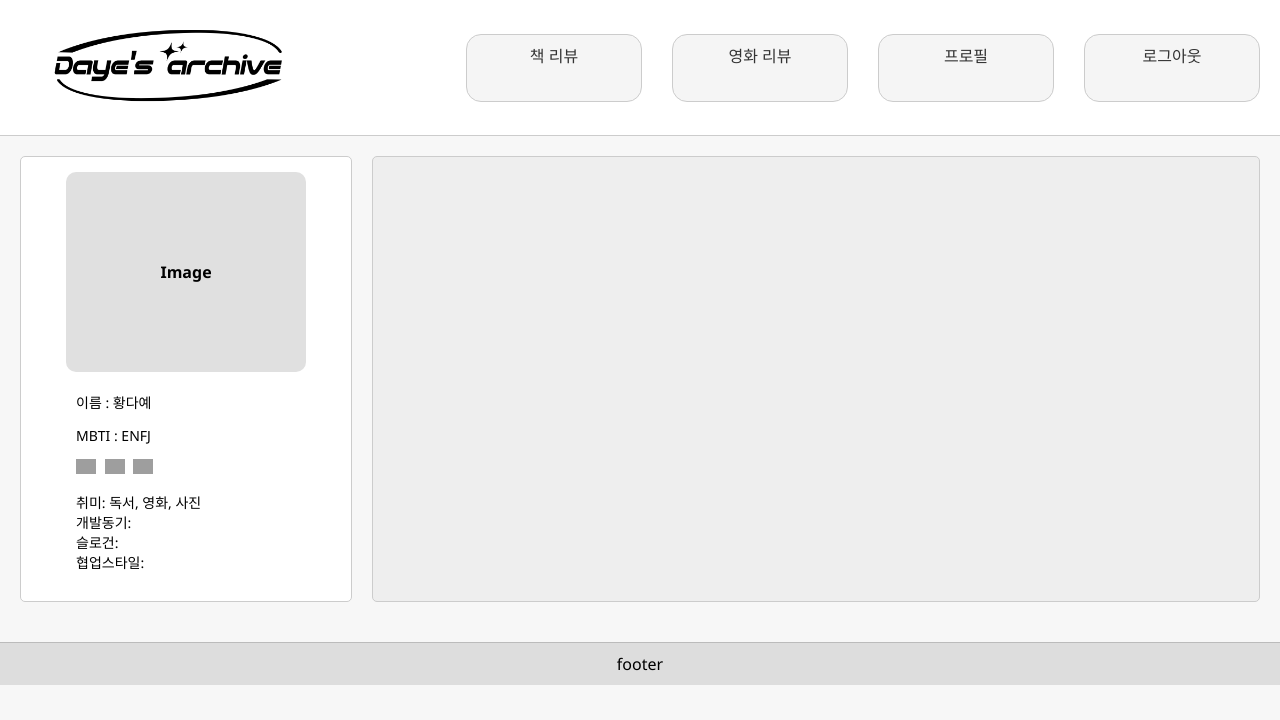
Repository: HWANG-DAYE/spring_project
Page: http://localhost/daye_archive/WEB-INF/views/main.jsp
An editor plug-in stored every save of this project. The page is shown before and after the next save, followed by the edit.
The browser window is 1280 px wide. The pictures show the whole page.
Pictures or frames that could not be fetched are drawn as grey boxes. The page is served by Tomcat 9. Nobody is signed in. Other server files are loaded and not shown. The template is opened directly, without the code that normally fills it, so the values that code supplies are empty.

Above is the page before, as saved 2025-08-06 06:15:58.

### daye_archive/src/main/webapp/WEB-INF/views/main.jsp
<%@ page language="java" contentType="text/html; charset=UTF-8"
	pageEncoding="UTF-8"%>
<%@ taglib uri="http://java.sun.com/jsp/jstl/core" prefix="c"%>
<!DOCTYPE html>
<html lang="ko">
<head>
<meta charset="UTF-8">
<title>메인 페이지</title>
<style>
body {
	margin: 10px;
	font-family: 'Segoe UI', Tahoma, Geneva, Verdana, sans-serif;
	background-color: #f7f7f7;
}

header {
	display: flex;
	justify-content: space-between;
	align-items: center;
	padding: 10px 20px;
	background-color: #ffffff;
	border-bottom: 1px solid #ccc;
}


.container {
	display: flex;
	padding: 20px;
}

.profile {
	width: 300px;
	background-color: #fff;
	border: 1px solid #ccc;
	padding: 15px;
	border-radius: 5px;
	margin-right: 20px;
	text-align: center;
	align-items: center;
}

.profile .image-box {
	width: 80%;
	height: 200px;
	background-color: #e0e0e0;
	border-radius: 10px;
	margin: 0 auto 10px; /* 가운데 정렬을 위해 수정 */
	display: flex;
	justify-content: center;
	align-items: center;
	font-weight: bold;
}

.profile .info {
	text-align: left;
	font-size: 14px;
	margin-top: 20px;
	margin-left: 40px;
}

.profile .sns {
	margin: 8px 0;
}

.profile .sns img {
	width: 20px;
	margin-right: 5px;
}

.content {
	flex: 1;
	background-color: #eeeeee;
	border: 1px solid #ccc;
	border-radius: 5px;
	min-height: 400px;
}

footer {
	text-align: center;
	padding: 10px;
	background-color: #ddd;
	border-top: 1px solid #bbb;
	margin-top: 20px;
}
</style>
</head>
<body>

	<header>
		<jsp:include page="navi.jsp" />
	</header>

	<div class="container">
		<div class="profile">
			<div class="image-box">Image</div>
			<div class="info">
				<p>이름 : 황다예</p>
				<p>MBTI : ENFJ</p>
				<div class="sns">
					<img src="img/github.png" alt="GitHub"> <img
						src="img/velog.png" alt="Velog"> <img src="img/notion.png"
						alt="Notion">
				</div>
				<p>
					취미: 독서, 영화, 사진<br> 개발동기: <br> 슬로건: <br> 협업스타일:
				</p>
			</div>
		</div>

		<div class="content">
			<!-- 중앙 컨텐츠 영역 -->
		</div>
	</div>

	<footer> footer </footer>

</body>
</html>

### daye_archive/src/main/webapp/WEB-INF/views/navi.jsp
<%@ page language="java" contentType="text/html; charset=UTF-8"
	pageEncoding="UTF-8"%>
<!DOCTYPE html>
<html>
<head>
<meta charset="UTF-8">
<title>Insert title here</title>
<style>
body {
	margin: 0;
	font-family: 'Segoe UI', Tahoma, Geneva, Verdana, sans-serif;
	background-color: #f7f7f7;
}

header {
	display: flex;
	align-items: center;
	padding: 10px 20px;
	background-color: #ffffff;
	border-bottom: 1px solid #ccc;
}

.logo-img {
	height: 80px;
	padding: 15px 30px;
	object-fit: contain;
}

.container {
	display: flex;
	padding: 20px;
}

.nav-links {
	display: flex;
	gap: 30px;
	justify-content: flex-start;
}

.nav-links a {
	width: 150px;
	height: 50px;
	text-decoration: none;
	text-align: center;
	color: #333;
	padding: 8px 12px;
	border-radius: 15px;
	border: 1px solid #ccc;
	background-color: #f5f5f5;
	transition: background-color 0.2s;
	display: flex;
	align-items: left;
	justify-content: center;
}

.nav-links a:hover {
	background-color: #e0e0e0;
}
</style>
</head>
<body>
	<!-- navi.jsp -->
	<div class="logo">
		<a href="main.jsp"> <img
			src="${pageContext.request.contextPath}/resources/images/logo1.png"
			alt="Logo" class="logo-img">
		</a>
	</div>

	<nav class="nav-links">
		<a href="bookList.jsp">책 리뷰</a>
		<a href="movieList.jsp">영화 리뷰</a>
		<a href="profile.jsp">프로필</a>
		<a href="logout.jsp">로그아웃</a>
	</nav>


</body>
</html>

After the next save:
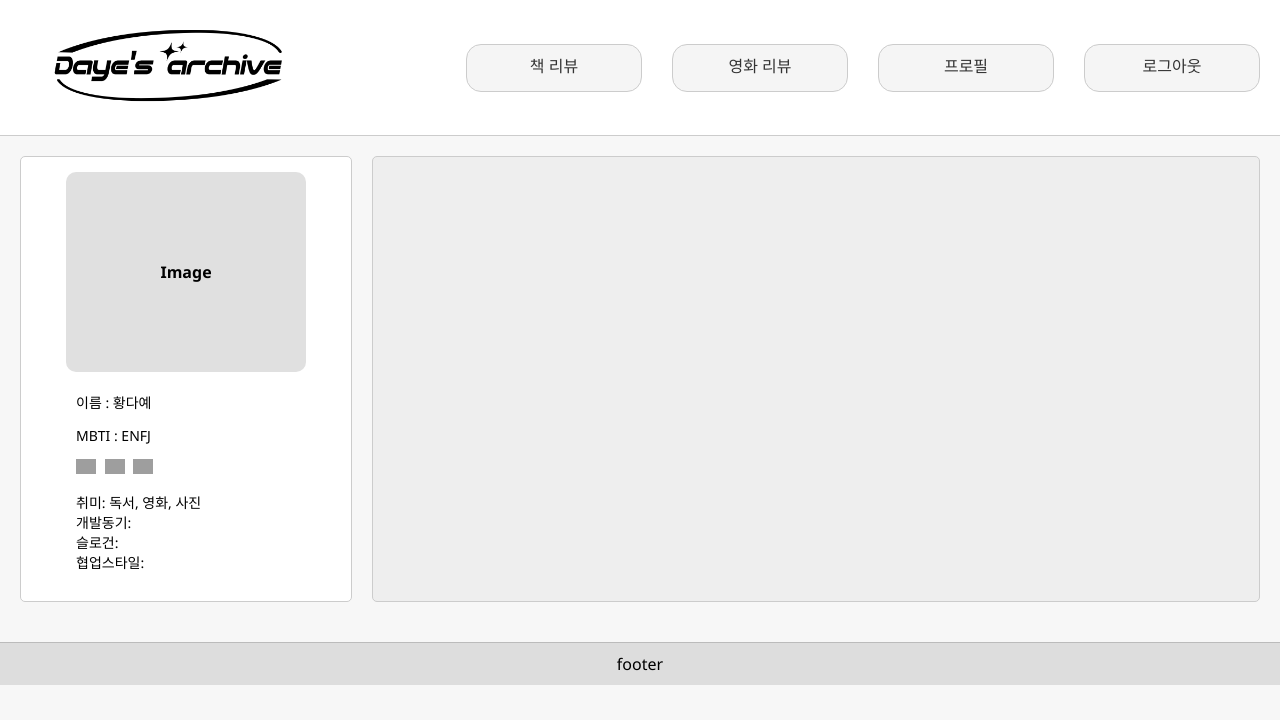
Saved 6 s later.
--- a/daye_archive/src/main/webapp/WEB-INF/views/navi.jsp
+++ b/daye_archive/src/main/webapp/WEB-INF/views/navi.jsp
@@ -39,7 +39,7 @@ header {
 
 .nav-links a {
 	width: 150px;
-	height: 50px;
+	height: 30px;
 	text-decoration: none;
 	text-align: center;
 	color: #333;
